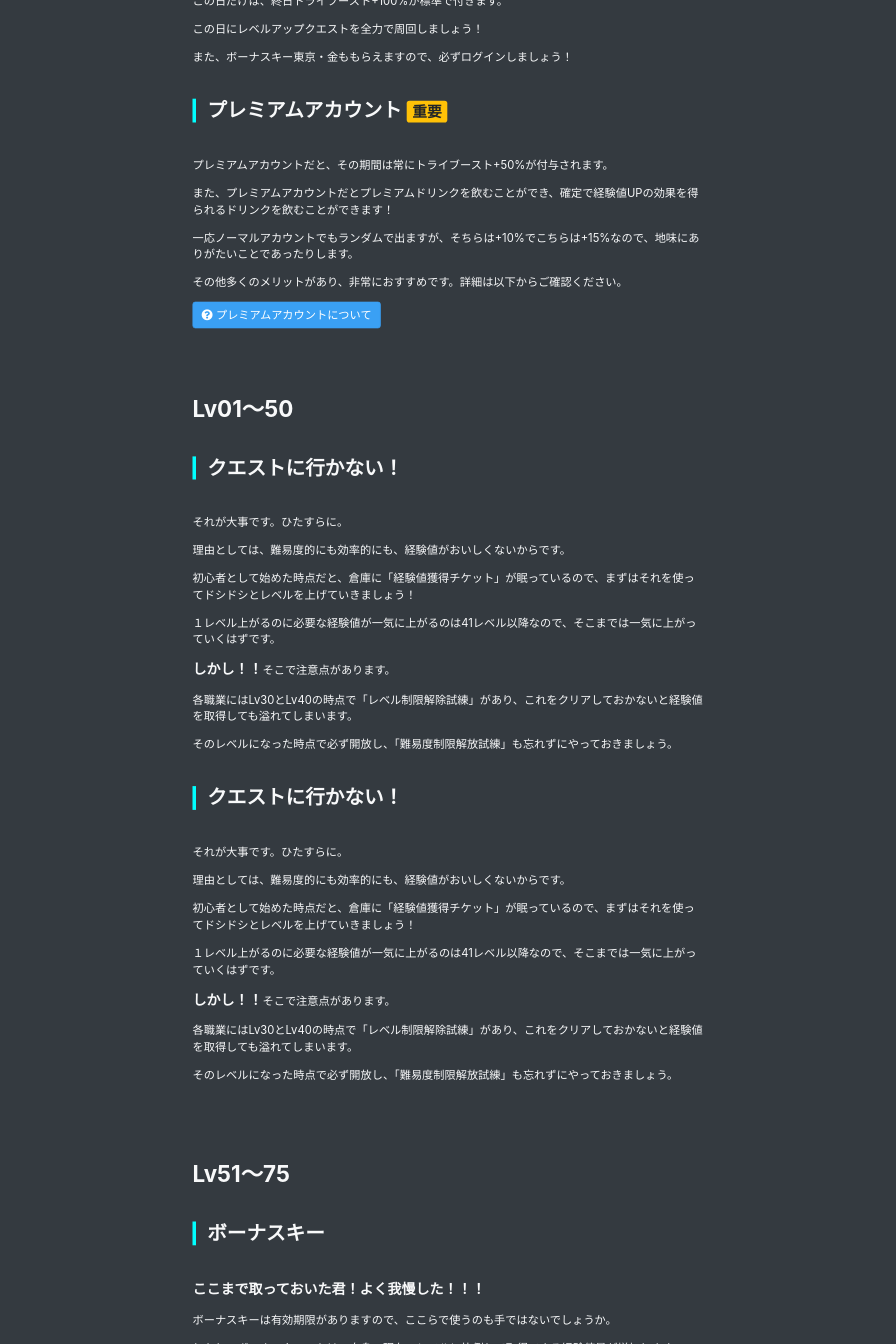
Repository: milkyahonpo/Website_source
Page: docs/capture.html
The author's editor kept a copy of each file at every save. The page is drawn from the files as they stood at one save, then again after the next save.
The browser window is 1280 px wide. The pictures show the part of the page from y = 4580 to 6500 px (the page is 9998 px tall before and 9812 px after), at 70% of full size.
Some web libraries are served in a nearby version.

Above is the page before, as saved 2020-01-24 10:02:16.

### docs/capture.html
<!DOCTYPE html>
<html lang="ja">
  <head>
    <!-- Required meta tags -->
    <meta charset="utf-8">
    <meta name="viewport" content="width=device-width, initial-scale=1, shrink-to-fit=no">
    <!-- Bootstrap CSS -->
    <link rel="stylesheet" href="https://stackpath.bootstrapcdn.com/bootstrap/4.3.1/css/bootstrap.min.css" integrity="sha384-ggOyR0iXCbMQv3Xipma34MD+dH/1fQ784/j6cY/iJTQUOhcWr7x9JvoRxT2MZw1T" crossorigin="anonymous">
    <!-- My CSS -->
    <link rel="stylesheet" href="css/capture.css">
    <!-- favicon -->
    <link rel="shortcut icon" href="img/favicon.ico">
    <!-- Font Awesome -->
    <link href="https://use.fontawesome.com/releases/v5.6.1/css/all.css" rel="stylesheet">
    <!-- Google Fonts -->
    <link href="https://fonts.googleapis.com/css?family=Titillium+Web&display=swap" rel="stylesheet">

    <title>みるく屋本舗 - 攻略本 -</title>
  </head>

  <body>
  <!-- Navigation -->
  <nav class="navbar navbar-expand-lg navbar-light fixed-top py-3" id="mainNav">
    <div class="container">
      <a class="navbar-brand" href="index.html">
        <img src="./img/logo.png" width="50" height="50" alt="">
        <b>みるく屋本舗</b>
      </a>
      <button class="navbar-toggler navbar-togglar-right" type="button" data-toggle="collapse" data-target="#navbarResponsive" aria-controls="navbarResponsive" aria-expanded="false" aria-label="Toggle navigation">
        <span class="navbar-toggler-icon"></span>
      </button>
      <div class="collapse navbar-collapse" id="navbarResponsive">
        <ul class="navbar-nav ml-auto my-2 my-lg-0">
          <li class="nav-item">
            <a class="nav-link js-scroll-trigger" href="#basic">基礎知識</a>
          </li>
          <li class="nav-item">
            <a class="nav-link js-scroll-trigger" href="#lv1-50">Lv01～Lv50</a>
          </li>
          <li class="nav-item">
            <a class="nav-link js-scroll-trigger" href="#lv51-75">Lv51～Lv75</a>
          </li>
          <li class="nav-item">
            <a class="nav-link js-scroll-trigger" href="#lv76-80">Lv76～Lv80</a>
          </li>
          <li class="nav-item">
            <a class="nav-link js-scroll-trigger" href="#lv81-90">Lv81～Lv90</a>
          </li>
        </ul>
      </div>
    </div>
  </nav>
  <!-- About Section -->
  <section class="page-section h-100 bg-dark text-light">
    <div class="container h-100">
      <div class="row h-100 justify-content-center align-items-center">
        <div class="col-lg-8">
          <h2 class="display-1 mt-0 font-weight-bold text-center"><span style="color: cyan;">攻</span>略本</h2>
          <hr class="divider my-4">
          <p class="lead text-center">チムメンに役立つ育成情報を掲載します！</p>
          <p class="text-center"><small>最終更新 : 2020/01/23</small></p>
        </div>
      </div>
    </div>
  </section>

  <section class="page-section bg-dark text-light">
    <div class="container">
      <div class="row py-5 justify-content-center" id="basic">
        <div class="col-md-8">
          <h2 class="font-weight-bold">基礎知識</h2>
          <h3 class="my-5 pl-3"><strong class="font-weight-bold">メインクラスとサブクラス</strong></h3>
          <p>
            PSO2には「メインクラス」と「サブクラス」があります。
            <ul>
              <li>「メインクラス」装備できる武器に影響するクラス</li>
              <li>「サブクラス」一部のスキルとステータスの影響を受けるクラス<br>
            </ul>
            以下にクラス一覧と、その装備できる武器について示します。
          <p>
          <p class="alert alert-info">ガンスラッシュはどのクラスでも使用することができます。</p>
          <h4>通常クラス</h4>
          <table class="table table-striped table-hover my-3 table-dark">
            <tr><th>アイコン</th><th>クラス名</th><th>略称</th><th>装備できる武器</th></tr>
            <tr><td><img class="img-thumbnail" src="img/Hu.png"　style="display: inline-block" width="50px" height="auto"></td><td><a href="https://pso2.swiki.jp/index.php?%E3%83%8F%E3%83%B3%E3%82%BF%E3%83%BC">ハンター</a></td><td>Hu</td><td><ul><li>ソード</li><li>ワイヤードランス</li><li>パルチザン</li></ul></td></tr>
            <tr><td><img class="img-thumbnail" src="img/Fi.png"　style="display: inline-block" width="50px" height="auto"></td><td><a href="https://pso2.swiki.jp/index.php?%E3%83%95%E3%82%A1%E3%82%A4%E3%82%BF%E3%83%BC">ファイター</a></td><td>Fi</td><td><ul><li>ツインダガー</li><li>ダブルセイバー</li><li>ナックル</li></ul></td></tr>
            <tr><td><img class="img-thumbnail" src="img/Ra.png"　style="display: inline-block" width="50px" height="auto"></td><td><a href="https://pso2.swiki.jp/index.php?%E3%83%AC%E3%83%B3%E3%82%B8%E3%83%A3%E3%83%BC">レンジャー</a></td><td>Ra</td><td><ul><li>ランチャー</li><li>アサルトライフル</li></ul></td></tr>
            <tr><td><img class="img-thumbnail" src="img/Gu.png"　style="display: inline-block" width="50px" height="auto"></td><td><a href="https://pso2.swiki.jp/index.php?%E3%82%AC%E3%83%B3%E3%83%8A%E3%83%BC">ガンナー</a></td><td>Gu</td><td><ul><li>ツインマシンガン</li><li>アサルトライフル</li></ul></td></tr>
            <tr><td><img class="img-thumbnail" src="img/Fo.png"　style="display: inline-block" width="50px" height="auto"></td><td><a href="https://pso2.swiki.jp/index.php?%E3%83%95%E3%82%A9%E3%83%BC%E3%82%B9">フォース</a></td><td>Fo</td><td><ul><li>ロッド</li><li>タリス</li></ul></td></tr>
            <tr><td><img class="img-thumbnail" src="img/Te.png"　style="display: inline-block" width="50px" height="auto"></td><td><a href="https://pso2.swiki.jp/index.php?%E3%83%86%E3%82%AF%E3%82%BF%E3%83%BC">テクター</a></td><td>Te</td><td><ul><li>ウォンド</li><li>タリス</li></ul></td></tr>
            <tr><td><img class="img-thumbnail" src="img/Br.png"　style="display: inline-block" width="50px" height="auto"></td><td><a href="https://pso2.swiki.jp/index.php?%E3%83%96%E3%83%AC%E3%82%A4%E3%83%90%E3%83%BC">ブレイバー</a></td><td>Br</td><td><ul><li>カタナ</li><li>バレットボウ</li></ul></td></tr>
            <tr><td><img class="img-thumbnail" src="img/Bo.png"　style="display: inline-block" width="50px" height="auto"></td><td><a href="https://pso2.swiki.jp/index.php?%E3%83%90%E3%82%A6%E3%83%B3%E3%82%B5%E3%83%BC">バウンサー</a></td><td>Bo</td><td><ul><li>ジェットブーツ</li><li>デュアルブレード</li></ul></td></tr>
            <tr><td><img class="img-thumbnail" src="img/Su.png"　style="display: inline-block" width="50px" height="auto"></td><td><a href="https://pso2.swiki.jp/index.php?%E3%82%B5%E3%83%A2%E3%83%8A%E3%83%BC">サモナー</a></td><td>Su</td><td><ul><li>タクト</li></ul></td></tr >
          </table>
          <div class="my-5">
            <p>これらの通常クラスのいずれか２つをレベル75にすることで選択可能になる<strong class="lead font-weight-bold">「後継クラス」</strong>というものがあります。</p>
            <p>後継クラスは現状で３つあり、ファントムとエトワールはサブクラスとしてセットすることができますが、メインクラスとして使う場合、<strong class="lead font-weight-bold">全てサブクラスをセットすることができません。</strong>その代わりに、各クラス特徴のある強力なクラススキルを有しており、非常に優秀なクラスとなっています。</p>
          </div>
          <h4>後継クラス</h4>
          <table class="table table-striped table-hover my-3 table-dark">
            <tr><th>アイコン</th><th>クラス名</th><th>略称</th><th>装備できる武器</th></tr>
            <tr><td><img class="img-thumbnail" src="img/Hr.png"　style="display: inline-block" width="50px" height="auto"></td class="align-items-center"><td><a href="https://pso2.swiki.jp/index.php?%E3%83%92%E3%83%BC%E3%83%AD%E3%83%BC">ヒーロー</a></td><td>Hr</td><td><ul><li>ソード</li><li>ツインマシンガン</li><li>タリス</li></ul></td></tr>
            <tr><td><img class="img-thumbnail" src="img/Ph.png"　style="display: inline-block" width="50px" height="auto"></td><td><a href="https://pso2.swiki.jp/index.php?%E3%83%95%E3%82%A1%E3%83%B3%E3%83%88%E3%83%A0">ファントム</a></td><td>Ph</td><td><ul><li>カタナ</li><li>アサルトライフル</li><li>ロッド</li></td></tr>
            <tr><td><img class="img-thumbnail" src="img/Et.png"　style="display: inline-block" width="50px" height="auto"></td><td><a href="https://pso2.swiki.jp/index.php?%E3%82%A8%E3%83%88%E3%83%AF%E3%83%BC%E3%83%AB">エトワール</a></td><td>Et</td><td><ul><li>ダブルセイバー</li><li>デュアルブレード</li><li>ウォンド</li></td></tr>
          </table>
          <p>「メインクラス」は、当然ですが入手した経験値の100%が加算されます。</p>
          <p>「サブクラス」も、セットしておくだけでサブクラスがレベル70までは<strong class="lead font-weight-bold">メインクラスが獲得した経験値の25%</strong>が加算されます。</p>
          <p>そのため、必ずサブクラスをつけておきましょう。</p>

          <h3 class="my-5 pl-3"><strong class="font-weight-bold"><abbr title="特殊能力(DL先のファイルに詳細)">OP</abbr>・<abbr title="S級特殊能力(DL先のファイルに詳細)">SOP</abbr>付け</strong></h3>
          <p>PSO2の武器や<abbr title="防具のこと">ユニット</abbr>には、OPと呼ばれる特殊能力を付与することができます。</p>
          <p>これを付けていないとどれだけ頑張っても火力が出なかったり、伸び悩んでしまう原因になります。</p>
          <p>最初のうちに理解するのは難しい要素でもあるのですが、以下のファイルにOPの付け方をまとめてあるので、ダウンロードして必ず理解するようにしましょう！！</p>
          <a class="text-decoration-none" href="./document/PSO2 OP付け覚書.pdf" download="PSO2 OP付け覚書.pdf">
            <button class="btn btn-primary">
              <span class="text-decoration-none"><i class="fas fa-download"></i><b class="px-1">PSO2 OP付け覚書.pdf</b></span>
            </button>
          </a>
          <h3 class="my-5 pl-3"><strong class="font-weight-bold">ブーストアイテム</strong></h3>
          <p>PSO2には、経験値やメセタやレアドロの確率を一時的に上昇させる、トライブーストをはじめとした「ブーストアイテム」が多種類存在します。</p>
          <p>経験値を稼ぐためには、ブーストを使用したほうが有利ですので、必ず使用してクエストに行くことを忘れないようにしましょう。</p>
          <p>同じ名前のブーストアイテムを使用しても効果は多くならないので、違う名前のブーストを組み合わせることでより良い効果を得ることができます。</p>
          <p>元々の経験値を100%とすると...</p>
          <div class="card mb-3 text-dark">
            <div class="card-body">
            <p><b>例１)トライブースト+100%と経験値+75%を使用した場合の経験値取得率</b></p>
            <strong class="my-1 display-4"><var>100</var> + <var>100</var> + <var>75</var> = <var>275</var>%</strong>
            </div>
          </div>
          <p>上記のように、ブーストアイテムの効果は加算によって求められます。</p>

          <h3 class="my-5 pl-3"><strong class="font-weight-bold">パーティーブースト </strong><span class="badge badge-warning">重要</span></h3>
          <p>PSO2では、パーティーを組むことによって「パーティーブースト」と呼ばれる、<abbr title="略称「トラブ」 メセタ、レアドロ、経験値獲得量UP">トライブースト</abbr>が付与されます。</p>
          <p>先ほどのブーストアイテムについての項目でお話しましたが、ブーストアイテムの効果は加算によって求めることができます。</p>
          <p>しかし、<strong class="lead font-weight-bold">パーティーブーストだけは乗算でかかります。</strong>パーティーが二人以上の場合のパーティーの人数をXとすると、パーティーブーストは1.X倍になります。</p>
          <div class="card mb-3 text-dark">
            <div class="card-body">
            <p><b>例２)例１の場合でパーティー４人の場合の経験値取得率</b></p>
            <strong class="my-1 display-4"><var>275</var> * <var>1.4</var> = <span class="enh"><var>385</var>%</span></strong><br>
            </div>
          </div>
          <p>絶対に４人パーティーで行きましょう！</p>

          <h3 class="my-5 pl-3"><strong class="font-weight-bold">PSO2の日(毎月2日 +プレミアムは22日)</strong></h3>
          <p>この日だけは、終日トライブースト+100%が標準で付きます。</p>
          <p>この日にレベルアップクエストを全力で周回しましょう！</p>
          <p>また、ボーナスキー東京・金ももらえますので、必ずログインしましょう！</p>

          <h3 class="my-5 pl-3"><strong class="font-weight-bold">プレミアムアカウント </strong><span class="badge badge-warning">重要</span></h3>
          <p>プレミアムアカウントだと、その期間は常にトライブースト+50%が付与されます。</p>
          <p>また、プレミアムアカウントだとプレミアムドリンクを飲むことができ、確定で経験値UPの効果を得られるドリンクを飲むことができます！</p>
          <p>一応ノーマルアカウントでもランダムで出ますが、そちらは+10%でこちらは+15%なので、地味にありがたいことであったりします。</p>
          <p>その他多くのメリットがあり、非常におすすめです。詳細は以下からご確認ください。</p>
          <a href="http://pso2.jp/players/manual/preparations/ac/#sys-manual-513"><button class="btn btn-primary"><i class="fas fa-question-circle"></i> プレミアムアカウントについて</button></a>
        </div>
      </div>
      <div class="row py-5 justify-content-center" id="lv1-50">
        <div class="col-lg-8">
          <h2><b>Lv01～50</b></h2>
          <h3 class="my-5 pl-3"><strong class="font-weight-bold">クエストに行かない！</strong></h3>
          <p>それが大事です。ひたすらに。</p>
          <p>理由としては、難易度的にも効率的にも、経験値がおいしくないからです。</p>
          <p>初心者として始めた時点だと、倉庫に「経験値獲得チケット」が眠っているので、まずはそれを使ってドシドシとレベルを上げていきましょう！</p>
          <p>１レベル上がるのに必要な経験値が一気に上がるのは41レベル以降なので、そこまでは一気に上がっていくはずです。</p>
          <p><strong class="lead font-weight-bold">しかし！！</strong>そこで注意点があります。</p>
          <p>各職業にはLv30とLv40の時点で「レベル制限解除試練」があり、これをクリアしておかないと経験値を取得しても溢れてしまいます。</p>
          <p>そのレベルになった時点で必ず開放し、「難易度制限解放試練」も忘れずにやっておきましょう。</p>
          <h3 class="my-5 pl-3"><strong class="font-weight-bold">クエストに行かない！</strong></h3>
          <p>それが大事です。ひたすらに。</p>
          <p>理由としては、難易度的にも効率的にも、経験値がおいしくないからです。</p>
          <p>初心者として始めた時点だと、倉庫に「経験値獲得チケット」が眠っているので、まずはそれを使ってドシドシとレベルを上げていきましょう！</p>
          <p>１レベル上がるのに必要な経験値が一気に上がるのは41レベル以降なので、そこまでは一気に上がっていくはずです。</p>
          <p><strong class="lead font-weight-bold">しかし！！</strong>そこで注意点があります。</p>
          <p>各職業にはLv30とLv40の時点で「レベル制限解除試練」があり、これをクリアしておかないと経験値を取得しても溢れてしまいます。</p>
          <p>そのレベルになった時点で必ず開放し、「難易度制限解放試練」も忘れずにやっておきましょう。</p>
        </div>
      </div>
      <div class="row py-5 justify-content-center" id="lv51-75">
        <div class="col-lg-8">
          <h2 class="mb-5"><b>Lv51～75</b></h2>
          <h3 class="my-5 pl-3"><strong class="font-weight-bold">ボーナスキー</strong></h3>
          <p><strong class="lead font-weight-bold">ここまで取っておいた君！よく我慢した！！！</strong></p>
          <p>ボーナスキーは有効期限がありますので、ここらで使うのも手ではないでしょうか。</p>
          <p>しかし、ボーナスクエストは、自身の現在のレベルに比例して取得できる経験値量が増加します。</p>
          <p>自身のレベルが80になると、取得できる経験値量の変動が頭打ちになるので、そこで使うのがもっとも効率が良い方法になります。</p>
          <p><strong class="lead font-weight-bold">PSO2の日はボーナスクエストにも経験値+100%がつく</strong>ので、期限がもつならその時に行きましょう！</p>

          <h3 class="my-5 pl-3"><strong class="font-weight-bold">暗影渦巻く壊れた世界SH </strong><span class="badge badge-warning">重要</span></h3>
          <p>これより経験値がおいしいクエストは、他にはボーナスキーしかないレベルです。</p>
          <p>圧倒的経験値効率を誇るクエストなので、レベリングには必ず行きましょう！</p>
          <p><strong class="lead font-weight-bold">レベルアップクエストの仕様上、5日周期で1日来る</strong>ので必ずチェックしておきましょう。</p>

          <h3 class="my-5 pl-3"><strong class="font-weight-bold">クラスごとの<abbr title="スキルポイント スキルツリーのスキルを取得するために必要になる レベル1UPごとに1SP">SP</abbr>取得クライアントオーダー </strong><span class="badge badge-warning">重要</span></h3>
          <p>レベル75になると、クラスキューブというアイテムを渡すことによって、クラスごとにSPを獲得できるクライアントオーダーが解放されます。</p>
          <p>クラスキューブとは、ハンターであれば「Huエクスキューブ」といったような、クラスの略称がついたアイテムになります。</p>
          <p>全てのクラス共通で、最初は1個、次は2個、3個、4個と要求数が増えていき、全4つのオーダーで合計10個のクラスキューブが必要になります。</p>
          <p><strong class="lead font-weight-bold">ゲートエリアのNPCシロナの「トレジャーショップ」</strong>から、SGまたはメセタを使用してクラスキューブを購入することができます。売っているクラスキューブは日替わりなので、自分の欲しいクラスキューブが陳列された時に購入しましょう！</p>

          <p>また、レベル90の<abbr title="レベルがそれ以上上がらない状態になること">レベルキャップ</abbr>に到達した状態でレベルアップすることで、そのクラスのクラスキューブを<strong class="lead font-weight-bold">レベルアップごとに７個</strong>取得することができます。</p>
        </div>
      </div>
          <!--
          <h3 class="my-5 pl-3"><strong class="font-weight-bold">レベル75制限解除試験・○○ </strong><span class="badge badge-info">後継クラスのみ</span></h3>
          <p>レベル75制限解除試験とは、その名の通りレベル75のレベルキャップを解放するクライアントオーダーです。</p>
          <p>これまでもレベル30の時点やレベル40の時点にも存在したものと同じになります。</p>
          <p>このレベルキャップ解放はクラスごとにクリアする必要があります。</p>
          <p>条件は、<br>
          <strong class="lead font-weight-bold">「<abbr title="ガンスラッシュは対象外です">メインクラスで装備できる武器種</abbr>の☆13以上を+35まで強化する」</strong><br>
          というものになります。</p>
          <p><strong class="lead font-weight-bold">ゲートエリアのNPCプリンの「コレクトシート」</strong>で、☆13武器の+35をゲットするだけで達成することができます。</p>
          <p>コレクトシートとは、数あるアイテムの中から自身が欲しいアイテムを選択し、そのアイテムのシートを入手したのちに、シート中に記載されている必要項目を全達成することで対象のアイテムが入手できるというものです。</p>
          <p>それぞれの項目に指定された条件を達成すると項目のゲージが上昇していき、ゲージが最大になった時にドロップするアイテムを入手することで項目が達成されます。</p>
          <p>基本的にコレクトシートの項目の条件は、入手した時点で開催されている緊急クエストや期間限定クエストで達成できるものが設定されているので、どんどん参加しましょう！</p>
          -->

      <div class="row py-5 justify-content-center" id="lv76-80">
        <div class="col-lg-8">
          <h2 class="mb-5"><b>Lv76～80</b></h2>
          <h3 class="my-5 pl-3"><strong class="font-weight-bold">必要経験値の異常なまでの上昇 </strong><span class="badge badge-danger">難関</span></h3>
          <p><strong class="lead font-weight-bold">今までとは比べ物にならないくらいにレベルが上がらなくなってきます。</strong></p>
          <p>ただ、昔のPSO2と比較したら今はボーナスキーもあり、レベルアップクエストなんてものもあり、
          そのうえPSO2の日では経験値+100%で、プレミアムなら毎日トライブースト+50%もつくだって！？</p>
          <strong class="lead font-weight-bold">めげずに頑張りましょう！私たちがついています！</strong>

          <h3 class="my-5 pl-3"><strong class="font-weight-bold">ボーナスキー </strong></h3>
          <p>それはここでも同じです。</p>
          <p>PSO2で経験値が一番おいしいクエストは間違いなくボーナスキー！</p>
          <p>手に入れたらPSO2の日をねらって絶対に行きましょう！</p>
          <p>(ブーストアイテムを忘れずにね！)</p>

          <h3 class="my-5 pl-3"><strong class="font-weight-bold">暗影渦巻く壊れた世界XH </strong><span class="badge badge-success">更新時点 推奨</span></h3>
          <p>現状最強武器の「リバレイト〇〇」という武器の入手にはクラスキューブが必要になります。</p>
          <p>また、2020/02/05まで開催されている<a href="http://pso2.jp/players/event/newyear2020/">SPACE MAGATSU DESTROYERS</a>の個人ポイント獲得はこの暗影でもためることができ、暗影は1周2分で周回できるので非常に高効率となっています。(本来あってはならないことかもしれませんが...)</p>
          <p>以上の理由から、現時点では高レベルのプレイヤーも暗影を周回しており、人がすぐに集まることも多いため、以下に記載してあるSHを周回するよりも圧倒的に高効率でレベルアップすることができます。</p>

          <h3 class="my-5 pl-3"><strong class="font-weight-bold">暗影渦巻く壊れた世界SH </strong><span class="badge badge-secondary">更新時点 非推奨</span></h3>
          <p>「え？なんでまだこの段階でもXH行かないの？」</p>
          <p>そう思う方も多いことでしょう。</p>
          <p>試しにXHに行ってみた方はわかると思いますが、
          <strong class="lead font-weight-bold">クエストに12人いることのほうが少ないです。</strong></p>
          <p>理由はSHとXHの受注可能なレベル帯の差にあります。</p>
          <p>SHはレベル50から受注可能で、XHには、メインサブの双方を75まで上げないと行けません。</p>
          <p>なので、SHを回るのは、75-50=レベル25分の幅の方で、
          なおかつメインはレベル75であってもサブはまだという方も含まれます。</p>
          <p>それに対してXHはレベル75から受注可能で、最大はレベル90です。</p>
          <p>なので、XHを回るのは、90-75=レベル15分の幅の方で、
          なおかつメインサブ双方が75以上である方です。</p>
          <p>それゆえに、暗影で人数が集まるのは必然的にSHとなるわけです。</p>
          <p>人数が集まるということは、パーティーが組めるのでブーストがのる。</p>
          <p><strong class="lead font-weight-bold">そういうことです！</strong></p>

          <h3 class="my-5 pl-3"><strong class="font-weight-bold">クラスごとのSP取得クライアントオーダー </strong></h3>
          <p>Lv51～75で前述のとおりです。</p>
          <p>もしもレベル75の時点でやっていなかったのであれば、必ずここで済ませてしまいましょう！</p>

          <!--
          <h3 class="my-5 pl-3"><strong class="font-weight-bold">レベル80制限解除試験・○○ </strong></h3>
          <p>「またレベルキャップか・・・」</p>
          <p>安心してください。今回のは<b>めちゃくちゃ簡単</b>です。</p>
          <p>レベルを75にした時点で称号報酬でもらっていた、３つの<strong class="lead font-weight-bold">「サブ／ステラウォール」</strong>というユニット。</p>
          <p>若しくは、ここまで暗影を周回している人なら持っているであろう「ウェポンズバッジ2019」。</p>
          <p>それとバッジ交換ショップで交換できる☆12ユニットの、</p>
          <p><strong class="lead font-weight-bold">「リア／サーキュレイ」、「アーム／サーカレイ」、「レッグ／サークレイ」</strong>。</p>
          <p>そのどちらかのシリーズを全て+10にしてから装備して話しかけるだけで達成できます。</p>
          <p>ユニットの強化は、武器と比較してものすごく簡単なので、
          強化値+7までは補助アイテム何も無しで上げていき、
          +8以降は、「強化成功率+5%」と「強化リスク軽減(+1)」を使用して上げていくだけで十分です。</p>
          <p>もっていないのであれば、どちらも非常に安価にマイショップで販売していますので、
          どんどん上げて、ぱぱっと報告してしまいましょう！</p>
          -->
        </div>
      </div>
      <div class="row py-5 justify-content-center" id="lv81-90">
        <div class="col-lg-8">
          <h2 class="mb-5"><b>Lv81～90</b></h2>
          <h3 class="my-5 pl-3 display-4"><font color="orange">気合 <i class="fas fa-exclamation"></i></font></h3>
          <p>今までの知識をすべて駆使してレベルを上げていきましょう。</p>
          <p>ブースト、ボーナスキー、暗影...</p>
          <p><b style="font-size: 20px">頂上はもうすぐです！</b></p>
        </div>
      </div>
    </div>
  </div>
</section>
  <!-- Footer -->
  <footer class="bg-light py-5">
    <div class="container">
      <div class="small text-center text-muted">※当サイトの一部の掲載画像等に関する権利は、株式会社セガゲームズに帰属しています。</div>
      <div class="small text-center text-muted">Copyright &copy; 2019 - MYH / SEGA PHANTASY STAR ONLINE 2</div>
    </div>
  </footer>

  <!-- Bootstrap core JavaScript -->
  <script src="vendor/jquery/jquery.min.js"></script>
  <script src="vendor/bootstrap/js/bootstrap.bundle.min.js"></script>

  <!-- Plugin JavaScript -->
  <script src="vendor/jquery-easing/jquery.easing.min.js"></script>
  <script src="vendor/magnific-popup/jquery.magnific-popup.min.js"></script>

  <!-- Custom scripts for this template -->
  <script src="js/creative.min.js"></script>

    <!-- Optional JavaScript -->
    <!-- jQuery first, then Popper.js, then Bootstrap JS -->
    <script src="https://code.jquery.com/jquery-3.3.1.slim.min.js" integrity="sha384-q8i/X+965DzO0rT7abK41JStQIAqVgRVzpbzo5smXKp4YfRvH+8abtTE1Pi6jizo" crossorigin="anonymous"></script>
    <script src="https://cdnjs.cloudflare.com/ajax/libs/popper.js/1.14.7/umd/popper.min.js" integrity="sha384-UO2eT0CpHqdSJQ6hJty5KVphtPhzWj9WO1clHTMGa3JDZwrnQq4sF86dIHNDz0W1" crossorigin="anonymous"></script>
    <script src="https://stackpath.bootstrapcdn.com/bootstrap/4.3.1/js/bootstrap.min.js" integrity="sha384-JjSmVgyd0p3pXB1rRibZUAYoIIy6OrQ6VrjIEaFf/nJGzIxFDsf4x0xIM+B07jRM" crossorigin="anonymous"></script>
  </body>
</html>

### docs/js/creative.min.js
/*!
 * Start Bootstrap - Creative v5.1.6 (https://startbootstrap.com/template-overviews/creative)
 * Copyright 2013-2019 Start Bootstrap
 * Licensed under MIT (https://github.com/BlackrockDigital/startbootstrap-creative/blob/master/LICENSE)
 */

!function (e) { "use strict"; e('a.js-scroll-trigger[href*="#"]:not([href="#"])').click(function () { if (location.pathname.replace(/^\//, "") == this.pathname.replace(/^\//, "") && location.hostname == this.hostname) { var a = e(this.hash); if ((a = a.length ? a : e("[name=" + this.hash.slice(1) + "]")).length) return e("html, body").animate({ scrollTop: a.offset().top - 72 }, 1e3, "easeInOutExpo"), !1 } }), e(".js-scroll-trigger").click(function () { e(".navbar-collapse").collapse("hide") }), e("body").scrollspy({ target: "#mainNav", offset: 75 }); function a() { 100 < e("#mainNav").offset().top ? e("#mainNav").addClass("navbar-scrolled") : e("#mainNav").removeClass("navbar-scrolled") } a(), e(window).scroll(a)/*, e("#portfolio").magnificPopup({ delegate: "a", type: "image", tLoading: "Loading image #%curr%...", mainClass: "mfp-img-mobile", gallery: { enabled: !0, navigateByImgClick: !0, preload: [0, 1] }, image: { tError: '<a href="%url%">The image #%curr%</a> could not be loaded.' } })*/ }(jQuery);

Loaded but not shown: docs/css/capture.css (library); docs/vendor/jquery/jquery.min.js (library); docs/vendor/bootstrap/js/bootstrap.bundle.min.js (library); docs/vendor/jquery-easing/jquery.easing.min.js (common file); docs/vendor/magnific-popup/jquery.magnific-popup.min.js (library)

After the next save:
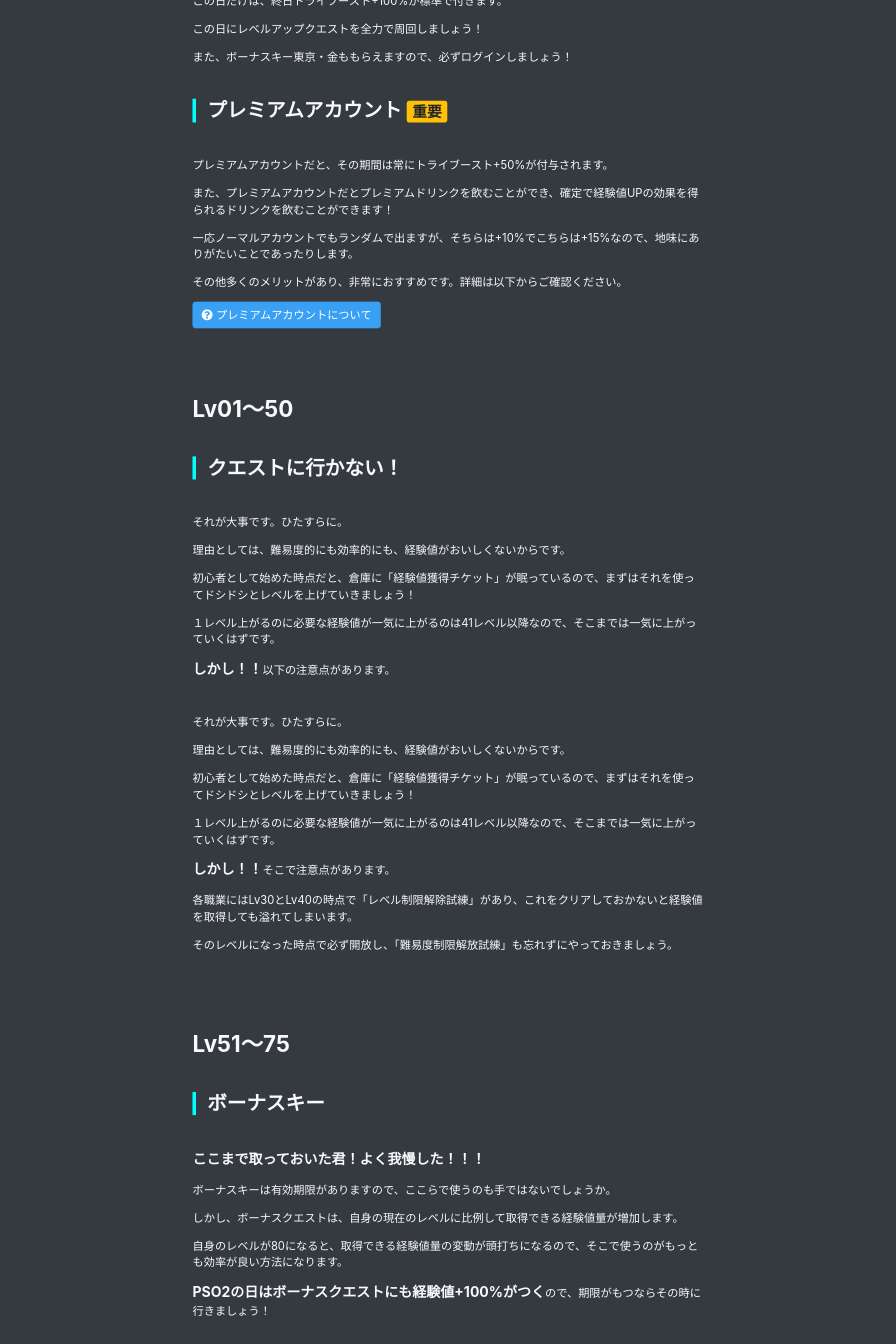
Saved 24 s later.
--- a/docs/capture.html
+++ b/docs/capture.html
@@ -162,10 +162,8 @@
           <p>理由としては、難易度的にも効率的にも、経験値がおいしくないからです。</p>
           <p>初心者として始めた時点だと、倉庫に「経験値獲得チケット」が眠っているので、まずはそれを使ってドシドシとレベルを上げていきましょう！</p>
           <p>１レベル上がるのに必要な経験値が一気に上がるのは41レベル以降なので、そこまでは一気に上がっていくはずです。</p>
-          <p><strong class="lead font-weight-bold">しかし！！</strong>そこで注意点があります。</p>
-          <p>各職業にはLv30とLv40の時点で「レベル制限解除試練」があり、これをクリアしておかないと経験値を取得しても溢れてしまいます。</p>
-          <p>そのレベルになった時点で必ず開放し、「難易度制限解放試練」も忘れずにやっておきましょう。</p>
-          <h3 class="my-5 pl-3"><strong class="font-weight-bold">クエストに行かない！</strong></h3>
+          <p><strong class="lead font-weight-bold">しかし！！</strong>以下の注意点があります。</p>
+          <h3 class="my-5 pl-3"><strong class="font-weight-bold"></strong></h3>
           <p>それが大事です。ひたすらに。</p>
           <p>理由としては、難易度的にも効率的にも、経験値がおいしくないからです。</p>
           <p>初心者として始めた時点だと、倉庫に「経験値獲得チケット」が眠っているので、まずはそれを使ってドシドシとレベルを上げていきましょう！</p>
